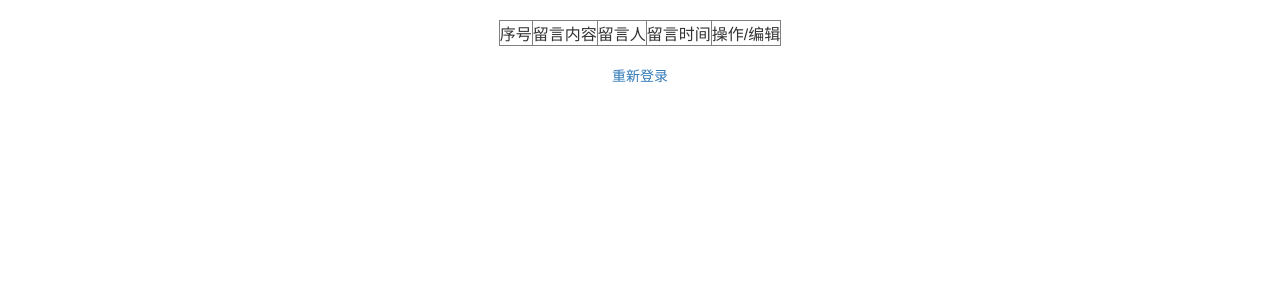
Repository: suxiaohutot/PHP
Page: http://localhost/liuyanlist.php
The author's editor kept a copy of each file at every save. The page is drawn from the files as they stood at one save, then again after the next save.
The browser window is 1280 px wide. The pictures show the whole page.
The page is run by PHP 8.4 with error messages shown; the project is at /var/www/html/. Queries for data that is not in the repository find no rows.

Above is the page before, as saved 2019-11-05 06:16:58.

After the next save:
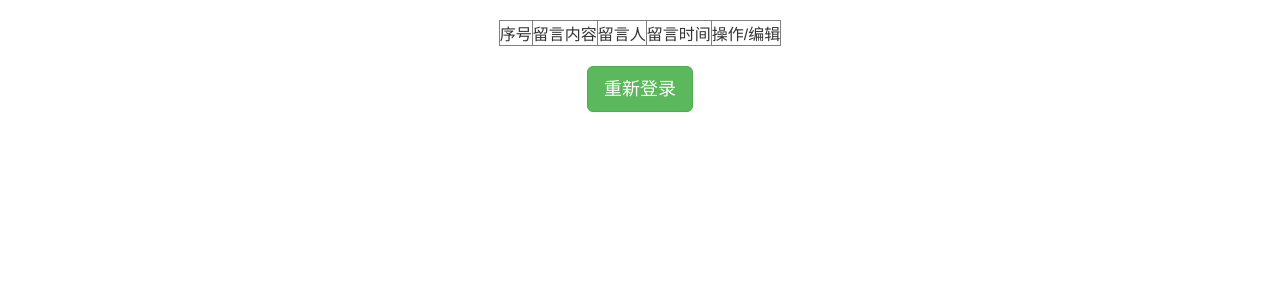
Saved 7 s later.
--- a/test/liuyanlist.php
+++ b/test/liuyanlist.php
@@ -42,7 +42,7 @@
     	</table>
 
 <br>
-<a href='dengluhtml.php' >重新登录</a>
+<a href='dengluhtml.php' class="btn btn-success btn-lg">重新登录</a>
 
 
 </div>
